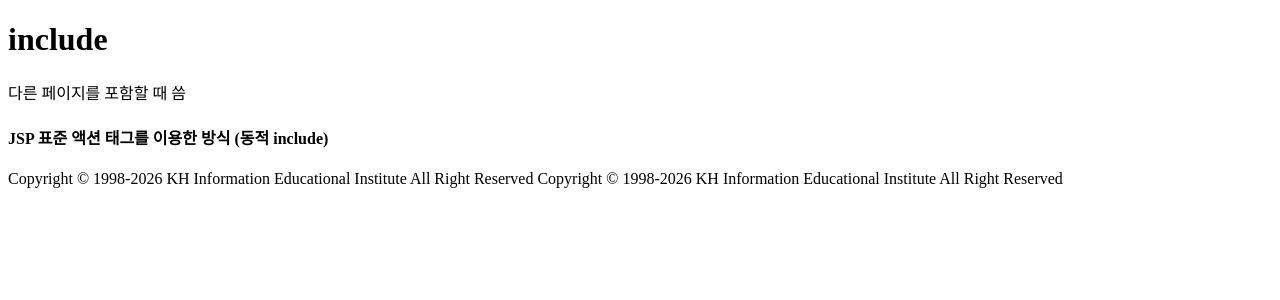
Repository: rlaehqkf/java_practice
Page: http://localhost/ActionProject/include.do
An editor plug-in stored every save of this project. The page is shown before and after the next save, followed by the edit.
The browser window is 1280 px wide. The pictures show the whole page.
The page is served by Tomcat 9.

Above is the page before, as saved 2026-05-06 07:49:17.
Console error: SyntaxError: Identifier 'date' has already been declared

After the next save:
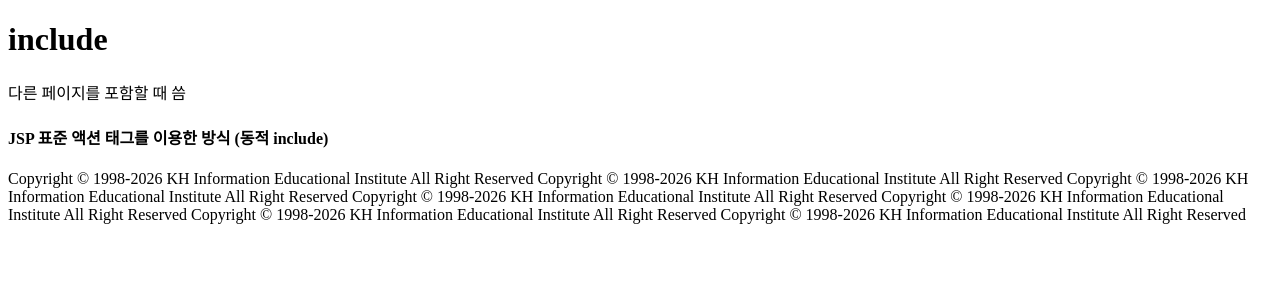
Saved 36 s later.
--- a/ActionProject/src/main/webapp/WEB-INF/views/include.jsp
+++ b/ActionProject/src/main/webapp/WEB-INF/views/include.jsp
@@ -29,6 +29,11 @@
 		닫는 태그를 작성하지 않으면 500에러 발생
 	 -->
 	 <jsp:include page="footer.jsp" />
+	 <jsp:include page="footer.jsp" />
+	 <jsp:include page="footer.jsp" />
+	 <jsp:include page="footer.jsp" />
+	 <jsp:include page="footer.jsp" />
+	 <jsp:include page="footer.jsp" />
 
 </body>
 </html>
